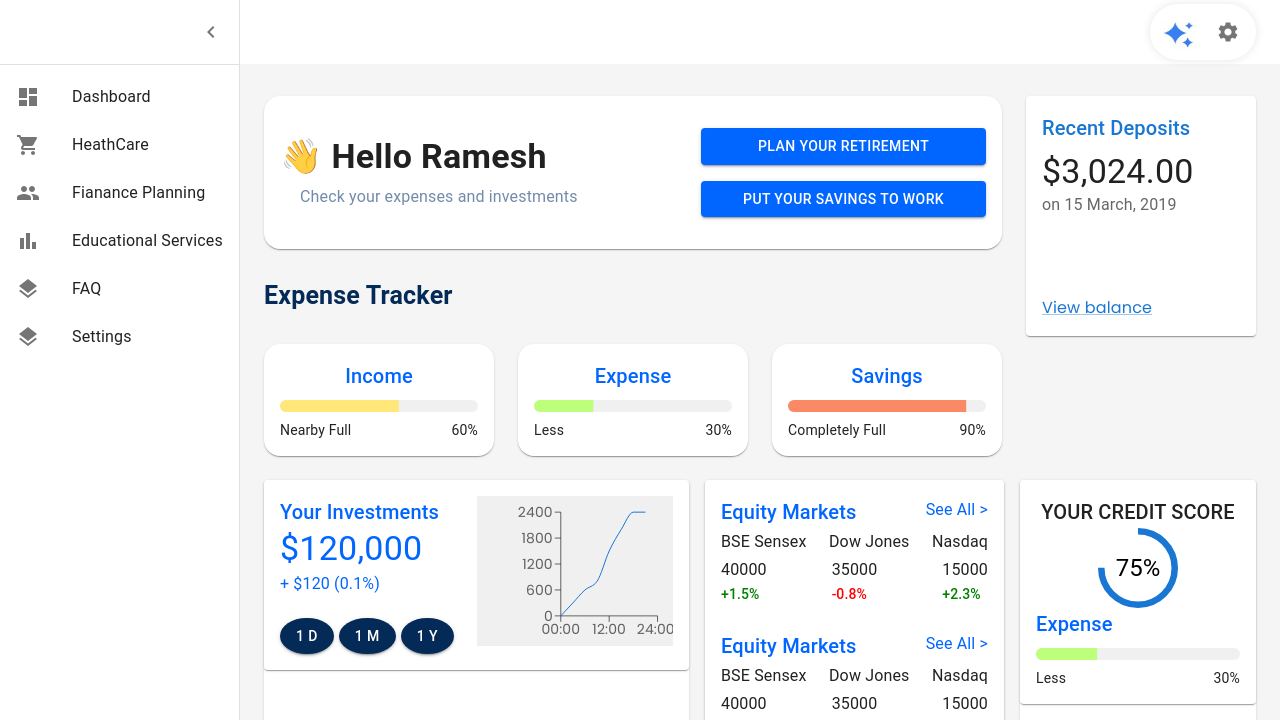
Repository: shubhampirate/TIAA_Retirement_hackathon
Page: /
The author's editor kept a copy of each file at every save. The page is drawn from the files as they stood at one save, then again after the next save.
The browser window is 1280 px wide. The pictures show the whole page.
An inner scrolling area shows only its first screen. The project was rebuilt for these pictures with package versions that can differ from the ones it lists, and the page was loaded fresh each time. Also part of the build but not shown: src/Components/CustomButton.jsx, src/Components/Navbar.jsx, src/Components/Properties.jsx, src/Components/Footer.jsx, src/Components/Hero.jsx, src/pages/Sign_In.jsx.

Above is the page before, as saved 2023-11-15 13:02:51.

After the next save:
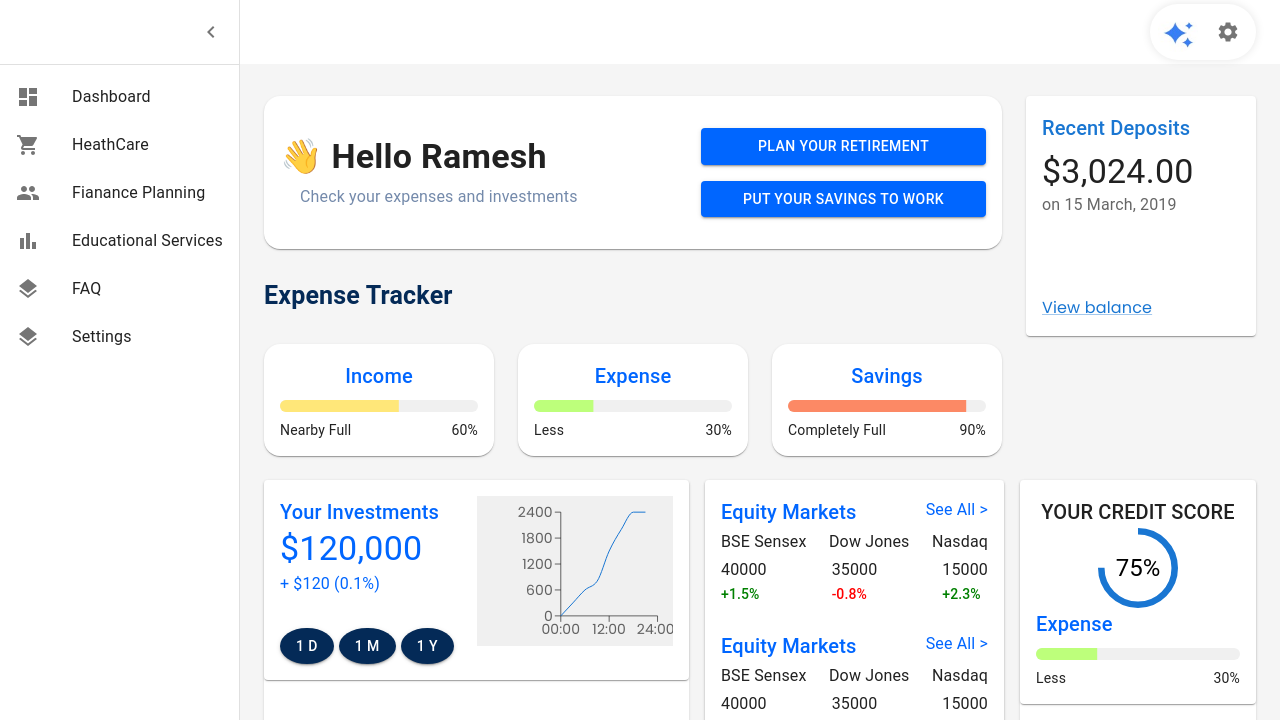
Saved 40 s later.
--- a/src/Components/YourComponent.jsx
+++ b/src/Components/YourComponent.jsx
@@ -13,7 +13,7 @@ const InvestmentsBox = () => (
         <Typography variant="h4">$120,000</Typography>
         <Typography variant="subtitle1">+ $120 (0.1%)</Typography>
         {/* Options to choose from */}
-        <div style={{ display: 'flex', marginTop: '20px' }}>
+        <div style={{ display: 'flex', marginTop: '30px' }}>
           <Button
             variant="contained"
             style={{
